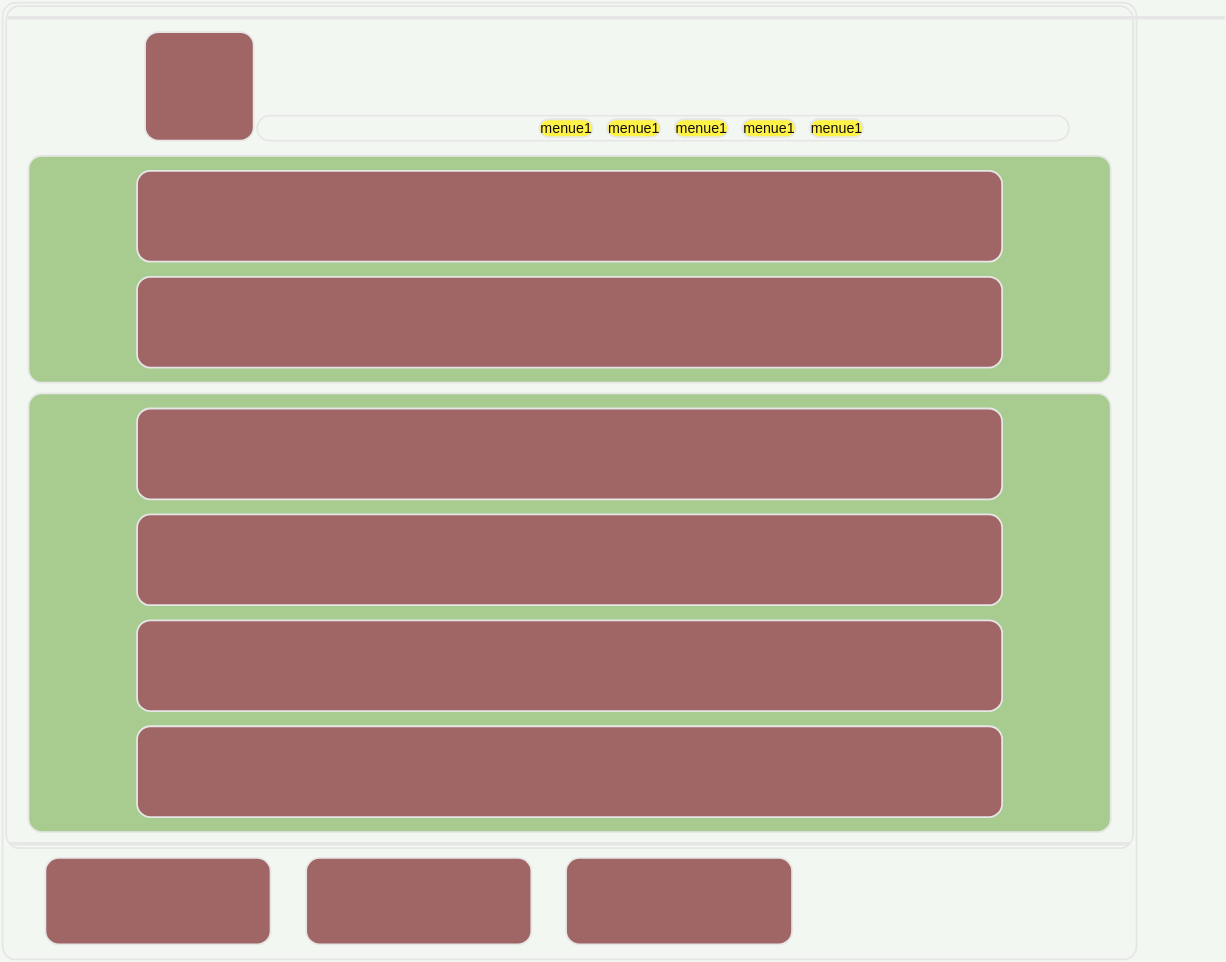
Repository: clairedupuich/cv-claireDUPUICH
Page: cv.html
An editor plug-in stored every save of this project. The page is shown before and after the next save, followed by the edit.
The browser window is 1280 px wide. The page is 1377 px wide, so the pictures cover 1377 px, including what lies to the right of the window. The pictures show the whole page, at 89% of full size.

Above is the page before, as saved 2020-10-08 16:59:16.

### cv.html
<!DOCTYPE html>
<html lang="fr" dir="ltr">
  <head>
    <meta charset="utf-8">
    <title>Exercice</title>
    <link rel="stylesheet" href="cv.css">
  </head>
  <body>
    <section class="header">
        <div class="img">
        </div>

            <ul class="nav">
                <li>menue1</li>
                <li>menue1</li>
                <li>menue1</li>
                <li>menue1</li>
                <li>menue1</li>
            </ul>

    </section>
      <section class="section1">
          <div class="article1_1">
          </div>
          <div class="article1_2">
          </div>
      </section>
      <section class="section2">
        <div class="article2_1">
        </div>
        <div class="article2_2">
        </div>
        <div class="article2_3">
        </div>
        <div class="article2_4">
        </div>
      </section>
      <footer>
          <div class='footer1'>
          </div>
        <div class="footer2">
        </div>

        <div class="footer3">
        </div>
    </footer>
  </body>
</html>

### cv.css
* {
    font-family: Avenir, sans-serif;
    border: 2px solid rgb(230, 230, 230);
    border-radius: 16px;
    margin: 2px;

}
@media screen and (min-width: 768px) and (max-width: 992px){


    body {
        background-color: azure;


    }
    section {
        margin-top: 10px;
        width: 95%;
        background-color: rgb(156, 156, 129);


    }
    div {
        margin: 15px auto;
        width:80% ;
        height: 100px;
        background-color: rgb(83, 83, 83);
    }
    ul {
        text-align: center;
        list-style: none;
        color: tomato;
    }

    footer,
    .header{
        background-color:rgb(162, 211, 233);
    }

    .footer2,
    .footer1 {
        height: 45px;
        width: 20%;
        float: left;

    }
    .footer1{
        margin-left: 25%;
        margin-right: 10%;
    }

    .footer3 {
        clear: both;
        height: 50px;
    }
    .img {
        width:120px;
        height: 120px;
        text-align: left;
    }

}
@media screen and (min-width: 992px) and (max-width: 1200px){

    body {
        background-color: rgb(153, 192, 192);


    }
    section {
        margin: 10px auto;
        width: 96%;
        background-color: rgb(248, 248, 194);


    }
    div {
        margin: 15px auto;
        width:80% ;
        height: 100px;
        background-color: rgb(207, 199, 199);
    }
    ul {
        text-align: center;
        list-style: none;
        color: rgb(212, 45, 15);
    }

    footer,
    .header{
        background-color:rgb(247, 247, 247);
    }

    .footer2,
    .footer1 {
        height: 45px;
        width: 20%;
        float: left;

    }
    .footer1{
        margin-left: 25%;
        margin-right: 10%;
    }

    .footer3 {
        clear: both;
        height: 50px;
    }
    .img {
        width:120px;
        height: 120px;
        text-align: left;
    }
}
@media screen and (min-width: 1200px){
    body {
        background-color: rgb(243, 247, 241);


    }
    section {
        margin: 10px auto;
        width: 96%;
        background-color: rgb(168, 204, 143);


    }
    div {
        margin: 15px auto;
        width:80% ;
        height: 100px;
        background-color: rgb(160, 101, 101);
    }
    ul {
        text-align: center;
        list-style: none;
        color: rgb(17, 16, 16);
        width: 50%;
        margin-top: 9%;
        padding-left: 25%;
    }


    li{
        background-color: rgb(255, 243, 71);
        margin-left: 2%;
    }
    .header{
        padding-left: 12%;
    }
    .img,
    ul,
    li {
        float: left;
    }

    .section1 {
        clear: both;
    }
    footer,
    .header{
        background-color:rgb(245, 237, 237);
    }

    .footer1,
    .footer2,
    .footer3 {
        height: 95px;
        width: 20%;
        float: left;
        margin-left: 3%;
    }
    footer{
        paddign-left: 6%;
    }


    .img {
        width:120px;
        height: 120px;
        text-align: left;
    }
}

After the next save:
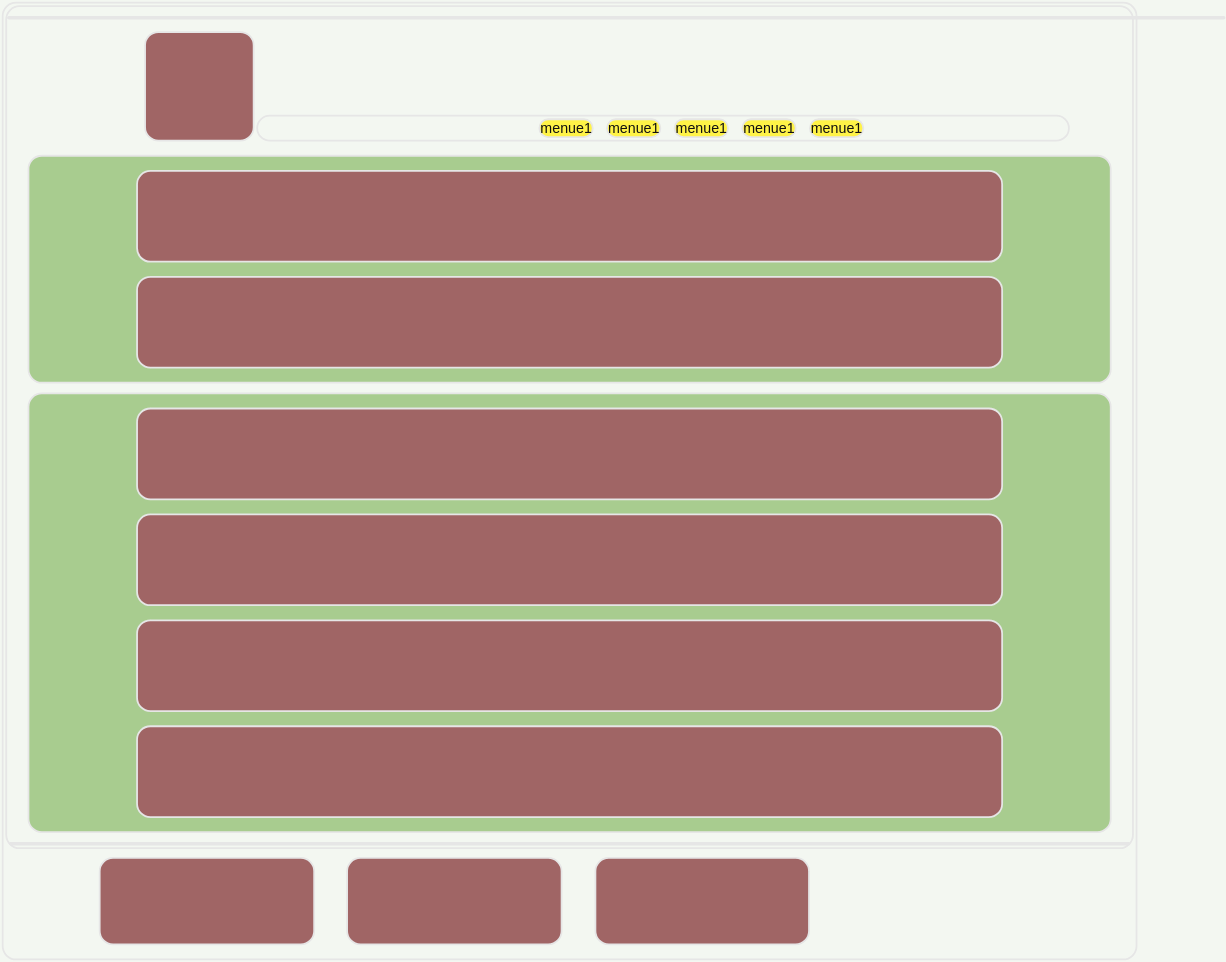
Saved 60 s later.
--- a/cv.css
+++ b/cv.css
@@ -172,7 +172,7 @@
         margin-left: 3%;
     }
     footer{
-        paddign-left: 6%;
+        padding-left: 5%;
     }
 
 
